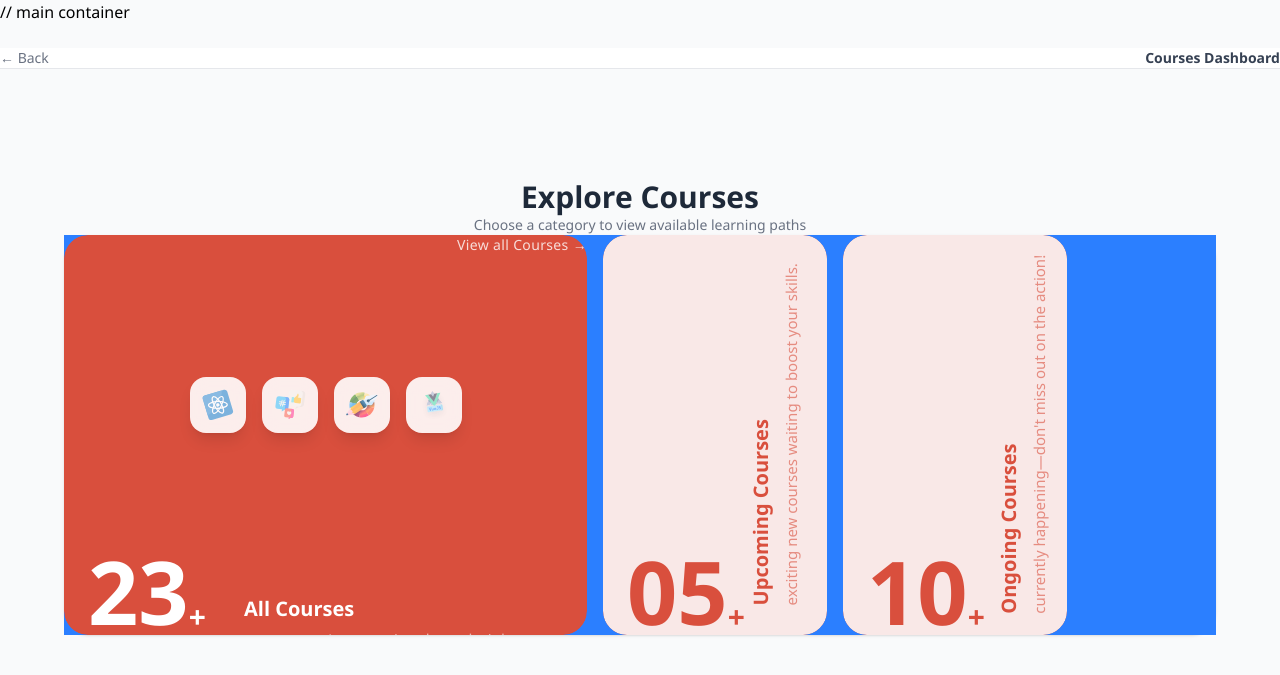
Repository: RahulRajKhadka/nextjs-dashboard-app
Page: /task2
These files come from the project's save history. The page is drawn as it stood at one moment and after the next save; the edit follows.
The browser window is 1280 px wide. The pictures show the whole page.
The project was rebuilt for these pictures with package versions that can differ from the ones it lists, and the page was loaded fresh each time. The framework's server and built-in components were replaced by stand-ins that run in the browser. Also part of the build but not shown: next.config.ts.

Above is the page before, as saved 2026-04-10 15:47:16.

### src/app/layout.tsx
import type { Metadata } from "next";
import "./globals.css";

export const metadata: Metadata = {
  title: "SkillShikshya Tasks",
  description: "Frontend & Logical Tasks",
};

export default function RootLayout({
  children,
}: {
  children: React.ReactNode;
}) {
  return (
    <html lang="en">
      <body>{children}</body>
    </html>
  );
}

### src/app/task2/page.tsx
"use client";
import dynamic from "next/dynamic";
import Link from "next/link";

const CourseCards = dynamic(() => import("@/components/task2/CourseCards"), {
  loading: () => (
    <div className="flex items-center justify-center h-[300px] text-gray-400 text-sm">
      Loading courses...
    </div>
  ),
  ssr: false,
});

export default function Task2Page() {
  return (
    <main className="min-h-screen bg-gray-50 flex flex-col gap-6 "> // main container

      {/* Top Bar */}
      <div className="flex items-center justify-between px-6 md:px-10 py-4 border-b border-gray-200 bg-white">
        <Link
          href="/"
          className="text-sm text-gray-500 hover:text-gray-900 transition-colors"
        >
          ← Back
        </Link>

        <span className="text-sm font-semibold text-gray-700">
          Courses Dashboard
        </span>
      </div>

      {/* Centered Content */}
      <div className="flex-1 flex items-center justify-center px-4 py-10">

        <div className="w-full max-w-6xl">

          {/* Heading */}
          <div className="mb-8 text-center mt-10">
            <h1 className="text-3xl font-bold text-gray-800">
              Explore Courses
            </h1>
            <p className="text-gray-500 text-sm mt-2">
              Choose a category to view available learning paths
            </p>
          </div>

          {/* Cards */}
          <div className="bg-white rounded-3xl shadow-sm p-4 md:p-6">
            <CourseCards />
          </div>

        </div>

      </div>
    </main>
  );
}

### src/app/globals.css
@import "tailwindcss";

* {
  margin: 0;
  padding: 0;
  box-sizing: border-box;
}

html {
  scroll-behavior: smooth;
}

body {
  font-family: "Segoe UI", sans-serif;
  background-color: #f5f5f5;
}

.vertical-text {
  writing-mode: vertical-rl;
  transform: rotate(180deg);
}

### src/components/task2/CourseCards.tsx
"use client";

import { useState, useRef, useLayoutEffect } from "react";
import CourseCard from "./CourseCard";
import { courseCardsData } from "./courseCardsData";
import gsap from "gsap";

export default function CourseCards() {
  const [expandedId, setExpandedId] = useState<number>(1);
  const [directionMap, setDirectionMap] = useState<Map<number, "left" | "right">>(new Map());

  const cardRefs = useRef<(HTMLDivElement | null)[]>([]);
  const labelRefs = useRef<(HTMLDivElement | null)[]>([]); // Store label refs
  const numberRefs = useRef<(HTMLDivElement | null)[]>([]); // Store number refs
  const containerRef = useRef<HTMLDivElement>(null);
  const expandedWidth = useRef(0);
  const collapsedWidth = useRef(0);
  const isAnimating = useRef(false);

  useLayoutEffect(() => {
    const container = containerRef.current;
    if (!container) return;

    const totalWidth = container.clientWidth;
    const gap = 16;
    const totalGap = gap * (courseCardsData.length - 1);
    const unit = (totalWidth - totalGap) / courseCardsData.length;

    expandedWidth.current = unit * 1.4;
    collapsedWidth.current = unit * 0.6;

    const initialDirectionMap = new Map<number, "left" | "right">();
    courseCardsData.forEach((course, index) => {
      const initialDirection = index === 0 ? "right" : "left";
      initialDirectionMap.set(course.id, initialDirection);
    });
    setDirectionMap(initialDirectionMap);

    cardRefs.current.forEach((el, i) => {
      if (el) {
        gsap.set(el, {
          width: courseCardsData[i].id === 1 ? expandedWidth.current : collapsedWidth.current,
        });
      }
    });
  }, []);

  const getDirectionForCard = (clickedId: number, currentExpandedId: number): "left" | "right" => {
    const clickedIndex = courseCardsData.findIndex((c) => c.id === clickedId);
    const expandedIndex = courseCardsData.findIndex((c) => c.id === currentExpandedId);

    if (clickedIndex === 0) return "right";
    if (clickedIndex === courseCardsData.length - 1) return "left";

    if (clickedIndex < expandedIndex) return "right";
    return "left";
  };

  const handleCardClick = (courseId: number) => {
    if (courseId === expandedId || isAnimating.current) return;

    const newDirection = getDirectionForCard(courseId, expandedId);
    const prevIndex = courseCardsData.findIndex((c) => c.id === expandedId);
    const newIndex = courseCardsData.findIndex((c) => c.id === courseId);

    isAnimating.current = true;

    const tl = gsap.timeline({
      onComplete: () => {
        isAnimating.current = false;
      },
    });

    setDirectionMap(prev => {
      const newMap = new Map(prev);
      newMap.set(courseId, newDirection);
      return newMap;
    });

    // Get label and number elements for animation
    const oldLabel = labelRefs.current[prevIndex];
    const newLabel = labelRefs.current[newIndex];
    const oldNumber = numberRefs.current[prevIndex];
    const newNumber = numberRefs.current[newIndex];
    const courseData = courseCardsData[newIndex];

    // Animate old card collapse
    tl.to(cardRefs.current[prevIndex], {
      width: collapsedWidth.current,
      duration: 0.5,
      ease: "power3.inOut",
    }, 0);

    // Animate old label back to collapsed state
    if (oldLabel) {
      tl.to(oldLabel, {
        rotation: -90,
        x: 0,
        y: 0,
        color: courseData.textColor,
        duration: 0.5,
        ease: "power2.inOut",
      }, 0);
    }

    // Animate old number color
    if (oldNumber) {
      tl.to(oldNumber, {
        color: courseData.textColor,
        duration: 0.3,
      }, 0);
    }

    // Update expanded ID mid-timeline
    tl.call(() => {
      setExpandedId(courseId);
    }, null, 0.25);

    // Animate new card expansion
    tl.to(cardRefs.current[newIndex], {
      width: expandedWidth.current,
      duration: 0.5,
      ease: "power3.inOut",
    }, 0.25);

    // Animate new label to expanded position
    if (newLabel && newNumber) {
      const labelRect = newLabel.getBoundingClientRect();
      const numberRect = newNumber.getBoundingClientRect();

      const targetX = numberRect.right + 16 - (labelRect.left + labelRect.width / 2);
      const targetY = numberRect.bottom - labelRect.height / 2 - labelRect.top - labelRect.height / 2;

      tl.fromTo(newLabel,
        {
          rotation: -90,
          x: 0,
          y: 0,
          color: courseData.textColor,
        },
        {
          rotation: 0,
          x: targetX,
          y: targetY,
          color: "#ffffff",
          duration: 0.5,
          ease: "back.out(0.3)",
        }, 0.25
      );
    }

    // Animate new number color
    if (newNumber) {
      tl.to(newNumber, {
        color: "#ffffff",
        duration: 0.3,
      }, 0.4);
    }
  };

  return (
    <div ref={containerRef} className="flex  gap-4 box-border w-full my-8 bg-blue-500  min-h-[200px] md:min-h-[200px] lg:min-h-[400px] ">
      {courseCardsData.map((course, i) => (
        <div
          key={course.id}
          ref={(el) => {
            cardRefs.current[i] = el;
          }}
          className="shrink-0 overflow-hidden my-auto rounded-3xl"
        >
          <CourseCard
            course={course}
            isExpanded={expandedId === course.id}
            direction={directionMap.get(course.id) || (i === 0 ? "right" : "left")}
            isLeftmost={i === 0}
            onClick={() => handleCardClick(course.id)}
            labelRef={(el) => { labelRefs.current[i] = el; }}
            numberRef={(el) => { numberRefs.current[i] = el; }}
          />
        </div>
      ))}
    </div>
  );
}

### src/components/task2/CourseCard.tsx
"use client";

import Image from "next/image";
import { useRef, useLayoutEffect } from "react";
import { CourseCard as CourseCardType } from "@/types";
import gsap from "gsap";

interface Props {
  course: CourseCardType;
  isExpanded: boolean;
  onClick: () => void;
  direction: "left" | "right";
  isLeftmost?: boolean;
}

export default function CourseCard({
  course,
  isExpanded,
  onClick,
  direction,
  isLeftmost = false,
}: Props) {
  const numberRef = useRef<HTMLDivElement>(null);
  const collapsedLabelRef = useRef<HTMLDivElement>(null);
  const iconsRef = useRef<(HTMLSpanElement | null)[]>([]);
  const topbarRef = useRef<HTMLDivElement>(null);
  const expandedViewRef = useRef<HTMLDivElement>(null);
  const circleRef = useRef<HTMLDivElement>(null);

  useLayoutEffect(() => {
    if (!numberRef.current || !collapsedLabelRef.current) return;

    if (isExpanded) {
      // Create a timeline for smooth coordination
      const tl = gsap.timeline();

      // Show expanded view
      gsap.set(expandedViewRef.current, { display: "grid" });

      // Measure label and number positions
      const labelRect = collapsedLabelRef.current.getBoundingClientRect();
      const numberRect = numberRef.current.getBoundingClientRect();

      // Calculate target position (beside number with 16px gap)
      const targetX = numberRect.right + 16 - (labelRect.left + labelRect.width / 2);
      const targetY = numberRect.bottom - labelRect.height / 2 - labelRect.top - labelRect.height / 2;

      // 1. Circle wipe animation
      tl.to(circleRef.current, {
        clipPath: "circle(0% at 0% 100%)",
        duration: 1,
        ease: "power3.inOut",
      }, 0);

      // 2. Label animation (rotate + move) - starts at same time
      tl.fromTo(collapsedLabelRef.current,
        {
          rotation: -90,
          x: 0,
          y: 0,
          color: course.textColor,
        },
        {
          rotation: 0,
          x: 180,
          y: 188,
          color: "#ffffff",
          duration: 0.8,
          ease: "back.out(0.3)",
        }, 0
      );

      // 3. Number color change
      tl.to(numberRef.current, {
        color: "#ffffff",
        duration: 0.4,
      }, 0.2);

      // 4. Top bar animation
      const topbarFromX = direction === "left" ? 60 : -60;
      tl.fromTo(topbarRef.current,
        { opacity: 0, y: -15, x: topbarFromX },
        {
          opacity: 1,
          y: 0,
          x: 0,
          duration: 0.5,
          ease: "power2.out",
        }, 0.3
      );

      // 5. Icons animation (staggered)
      const iconsFromX = direction === "left" ? 120 : -120;
      gsap.set(iconsRef.current, { x: iconsFromX, opacity: 0 });
      iconsRef.current.forEach((icon, i) => {
        tl.to(icon, {
          x: 0,
          opacity: 1,
          duration: 0.4,
          ease: "power2.out",
        }, 0.4 + i * 0.08);
      });

    } else {
      // COLLAPSE ANIMATIONS - Smooth reverse
      const tl = gsap.timeline();

      // 1. Circle expands back
      tl.to(circleRef.current, {
        clipPath: "circle(130% at 0% 80%)",
        duration: 0.8,
        ease: "power3.inOut",
      }, 0);

      // 2. Label returns to collapsed position
      tl.to(collapsedLabelRef.current, {
        rotation: -90,
        x: 0,
        y: 0,
        color: course.textColor,
        duration: 0.6,
        ease: "power2.inOut",
      }, 0);

      // 3. Number color returns
      tl.to(numberRef.current, {
        color: course.textColor,
        duration: 0.3,
      }, 0.1);

      // 4. Hide expanded view
      tl.set(expandedViewRef.current, {
        display: "none"
      }, 0.3);

      // 5. Reset icons and topbar
      tl.set(iconsRef.current, {
        clearProps: "x,opacity"
      }, 0.4);

      tl.set(topbarRef.current, {
        clearProps: "x,y,opacity"
      }, 0.4);
    }
  }, [isExpanded, direction, course.textColor]);

  return (
    <div
      onClick={onClick}
      className="relative rounded-3xl overflow-hidden cursor-pointer h-full w-full"
      style={{ backgroundColor: course.bgExpanded }}
    >
      {/* Background circle */}
      <div
        ref={circleRef}
        className="absolute inset-0 z-[1]"
        style={{
          backgroundColor: course.bg,
          clipPath: "circle(150% at 0% 100%)",
        }}
      />

      {/* NUMBER — always bottom-left */}
      <div className="absolute bottom-0 left-6 z-[3] flex items-end p-4 pointer-events-none">
        <div ref={numberRef} className="flex items-end" style={{ color: course.textColor }}>
          <span
            className="font-black leading-none"
            style={{
              fontSize: "clamp(3.5rem,7vw,5.5rem)",
              color: "inherit",
            }}
          >
            {String(course.count).padStart(2, "0")}
          </span>
          <span className="font-black text-3xl mb-2 ml-1" style={{ color: "inherit" }}>
            +
          </span>
        </div>
      </div>

      {/* SINGLE LABEL — starts centered, rotates and moves on expand */}
      <div className="absolute  inset-0 z-[4] right-[100px] flex items-center  pointer-events-none">
        <div
          ref={collapsedLabelRef}
          className="flex flex-col gap-1"
          style={{
            transform: "rotate(-90deg)",
            color: course.textColor,
          }}
        >
          <span className="font-bold text-[20px] whitespace-nowrap" style={{ color: "inherit" }}>
            {course.label}
          </span>
          <p className="text-[15px] opacity-60 whitespace-nowrap" style={{ color: "inherit" }}>
            {course.sublabel}
          </p>
        </div>
      </div>

      {/* EXPANDED VIEW — topbar + icons only */}
      <div
        ref={expandedViewRef}
        className="absolute inset-0 z-[2] p-5"
        style={{
          display: isExpanded ? "grid" : "none",
          gridTemplateRows: "auto 1fr auto",
        }}
      >
        {/* Row 1: topbar */}
        <div ref={topbarRef} className="flex justify-end mt-40 opacity-0">
          <span className="text-white/80 text-sm font-medium tracking-wide">
            View all Courses →
          </span>
        </div>

        {/* Row 2: icons */}
        <div className="flex gap-4 items-center justify-center">
          {course.icons?.map((iconPath, i) => (
            <span
              key={i}
              ref={(el) => (iconsRef.current[i] = el)}
              className="w-14 h-14 rounded-2xl bg-white/90 backdrop-blur-sm flex items-center justify-center shadow-lg"
            >
              <Image src={iconPath} alt="" width={32} height={32} className="opacity-80" />
            </span>
          ))}
        </div>

        {/* Row 3: empty spacer */}
        <div className="h-20" />
      </div>
    </div>
  );
}

### src/components/task2/courseCardsData.ts
import { CourseCard } from "@/types";

export const courseCardsData: CourseCard[] = [
  {
    id: 1,
    count: "23",
    label: "All Courses",
    sublabel: "courses you're powering through right now.",
    bg: "#F9E8E7",        // ← was "#D94F3D", should be light pink
    textColor: "#D94F3D",  // ← was "white", red for collapsed state
    bgExpanded: "#D94F3D",
    icons: ["/images/react.svg", "/images/likes.svg", "/images/design.svg", "/images/view.svg"],
  },
  {
    id: 2,
    count: "05",
    label: "Upcoming Courses",
    sublabel: "exciting new courses waiting to boost your skills.",
    bg: "#F9E8E7",
    textColor: "#D94F3D",
    bgExpanded: "#D94F3D",
    icons: ["/images/react.svg", "/images/likes.svg", "/images/design.svg", "/images/view.svg"],
  },
  {
    id: 3,
    count: "10",
    label: "Ongoing Courses",
    sublabel: "currently happening—don't miss out on the action!",
    bg: "#F9E8E7",
    textColor: "#D94F3D",
    bgExpanded: "#D94F3D",
    icons: ["/images/react.svg", "/images/likes.svg", "/images/design.svg", "/images/view.svg"],
  },
];

After the next save:
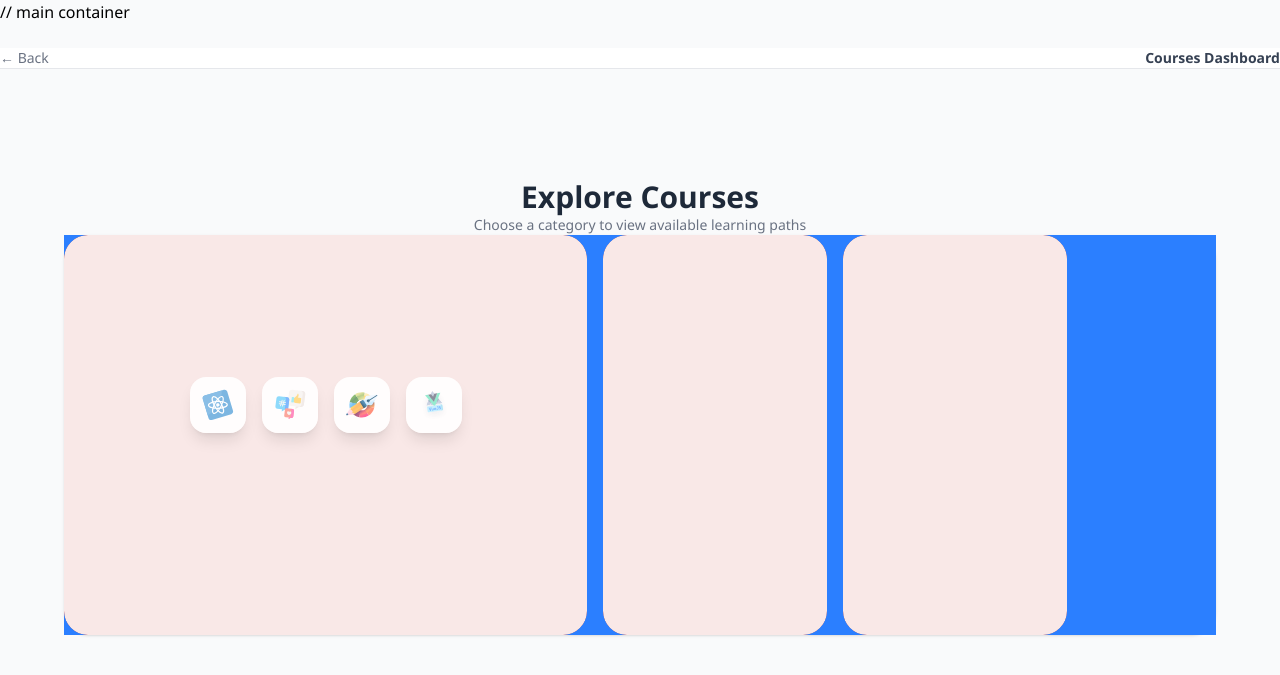
Saved 43 s later.
--- a/src/components/task2/CourseCard.tsx
+++ b/src/components/task2/CourseCard.tsx
@@ -160,42 +160,7 @@ export default function CourseCard({
         }}
       />
 
-      {/* NUMBER — always bottom-left */}
-      <div className="absolute bottom-0 left-6 z-[3] flex items-end p-4 pointer-events-none">
-        <div ref={numberRef} className="flex items-end" style={{ color: course.textColor }}>
-          <span
-            className="font-black leading-none"
-            style={{
-              fontSize: "clamp(3.5rem,7vw,5.5rem)",
-              color: "inherit",
-            }}
-          >
-            {String(course.count).padStart(2, "0")}
-          </span>
-          <span className="font-black text-3xl mb-2 ml-1" style={{ color: "inherit" }}>
-            +
-          </span>
-        </div>
-      </div>
 
-      {/* SINGLE LABEL — starts centered, rotates and moves on expand */}
-      <div className="absolute  inset-0 z-[4] right-[100px] flex items-center  pointer-events-none">
-        <div
-          ref={collapsedLabelRef}
-          className="flex flex-col gap-1"
-          style={{
-            transform: "rotate(-90deg)",
-            color: course.textColor,
-          }}
-        >
-          <span className="font-bold text-[20px] whitespace-nowrap" style={{ color: "inherit" }}>
-            {course.label}
-          </span>
-          <p className="text-[15px] opacity-60 whitespace-nowrap" style={{ color: "inherit" }}>
-            {course.sublabel}
-          </p>
-        </div>
-      </div>
 
       {/* EXPANDED VIEW — topbar + icons only */}
       <div
